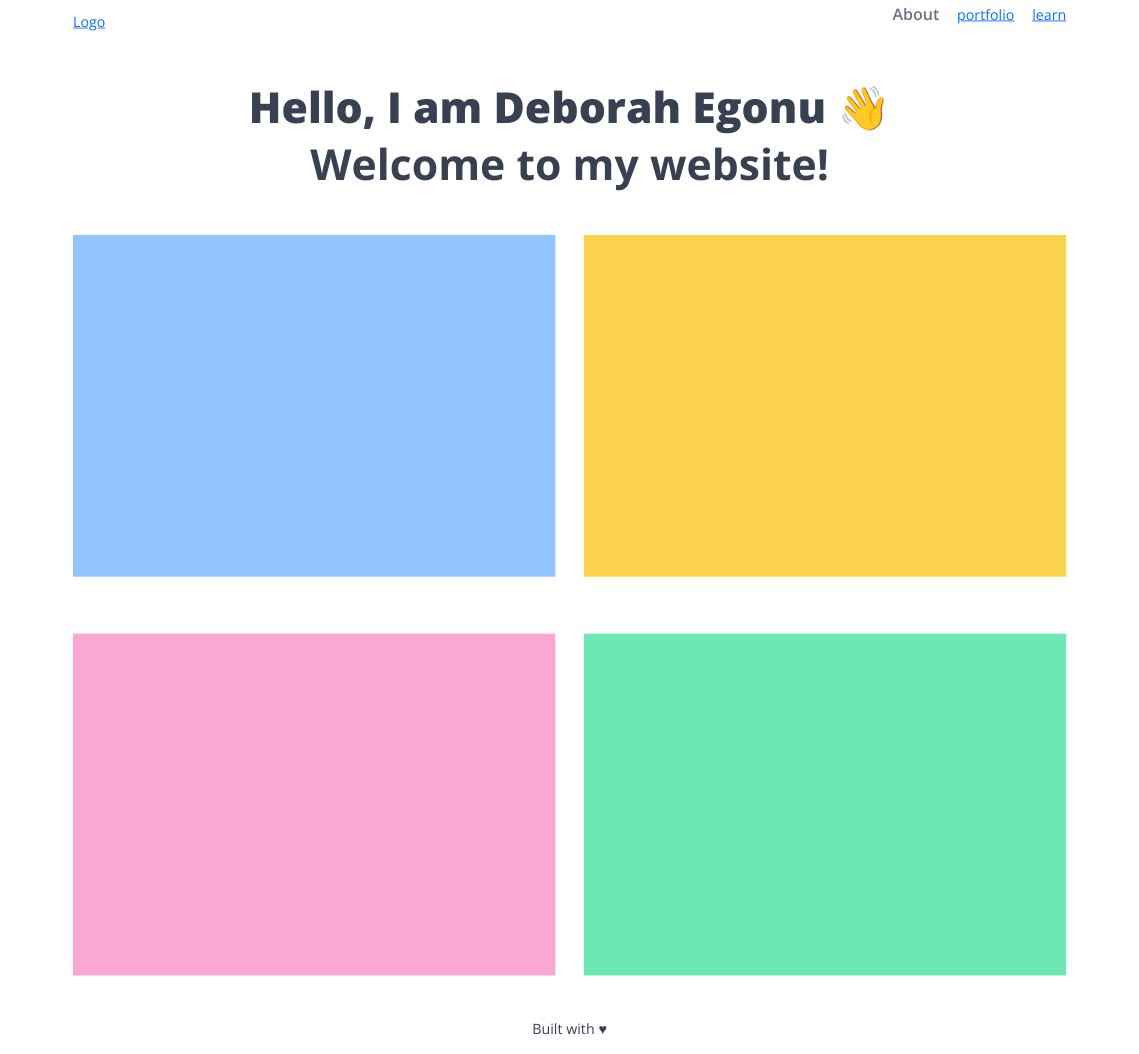
Repository: latenightsnacc/codewithdeb
Page: index.html
These files come from the project's save history. The page is drawn as it stood at one moment and after the next save; the edit follows.
The browser window is 1280 px wide. The pictures show the whole page, at 89% of full size.

Above is the page before, as saved 2021-06-07 11:36:11.

After the next save:
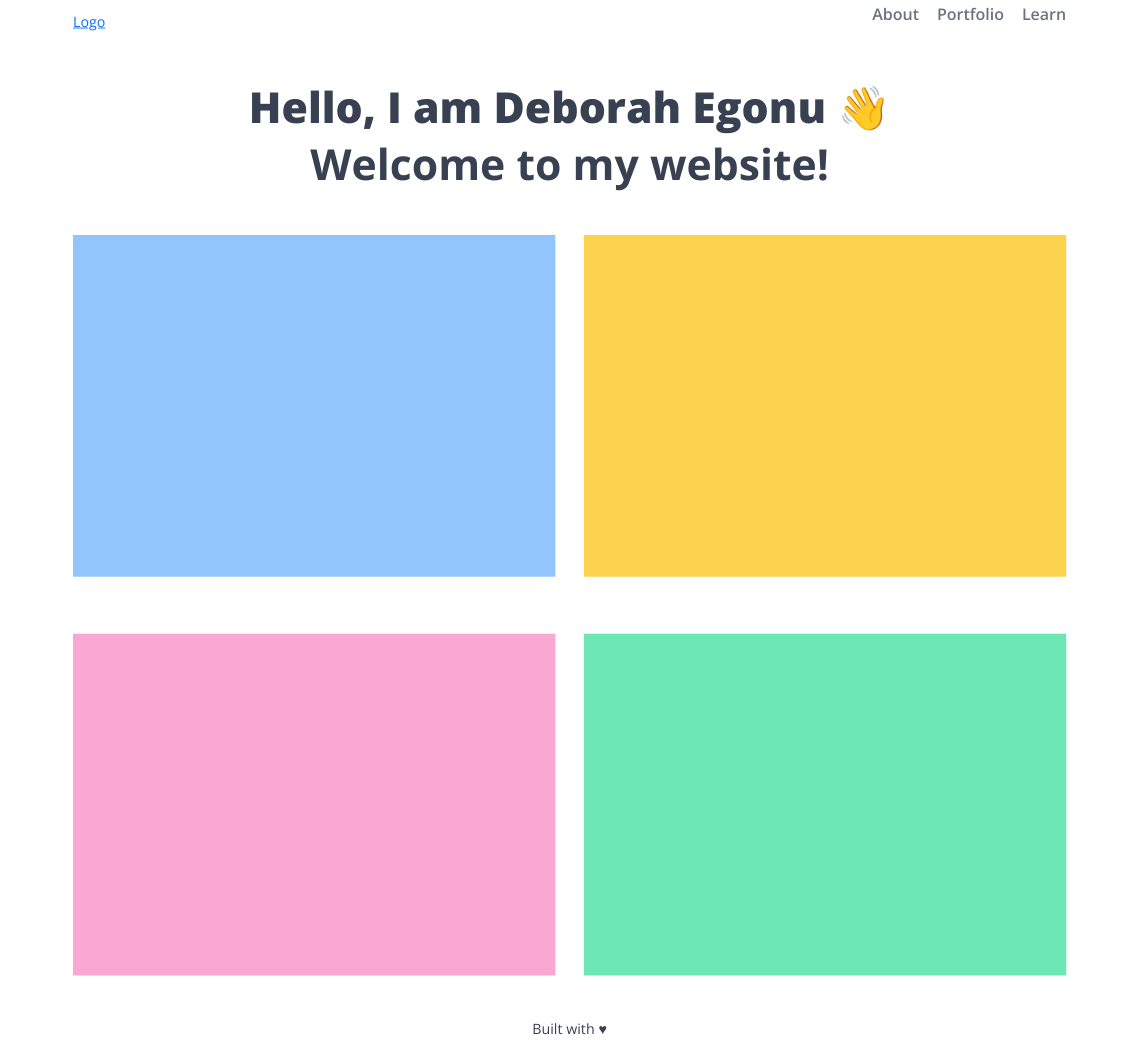
Saved 30 s later.
--- a/index.html
+++ b/index.html
@@ -45,10 +45,10 @@
                         <a href="" class="no-underline font-semibold text-gray-500 capitalize text-lg hover:text-blue-500">about</a>
                     </li>
                     <li class="mr-5">
-                        <a href="">portfolio</a>
+                        <a href="" class="no-underline font-semibold text-gray-500 capitalize text-lg hover:text-blue-500">portfolio</a>
                     </li>
                     <li class="">
-                        <a href="">learn</a>
+                        <a href="" class="no-underline font-semibold text-gray-500 capitalize text-lg hover:text-blue-500">learn</a>
                     </li>
                 </ul>
             </div>
